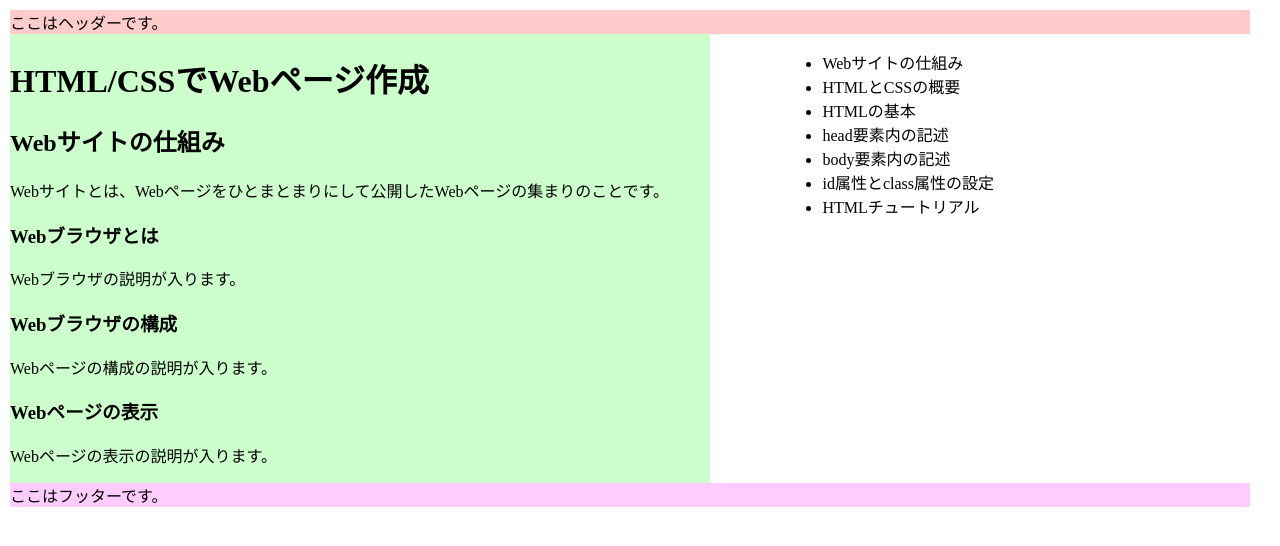
Repository: kazumasatomoto/kadai-tasklist-
Page: kadai-html.html
The author's editor kept a record of every edit. The page is drawn from the files as they stood at one moment, then again after the next edit.
The browser window is 1280 px wide. The pictures show the whole page.

Above is the page before.

After the next edit:
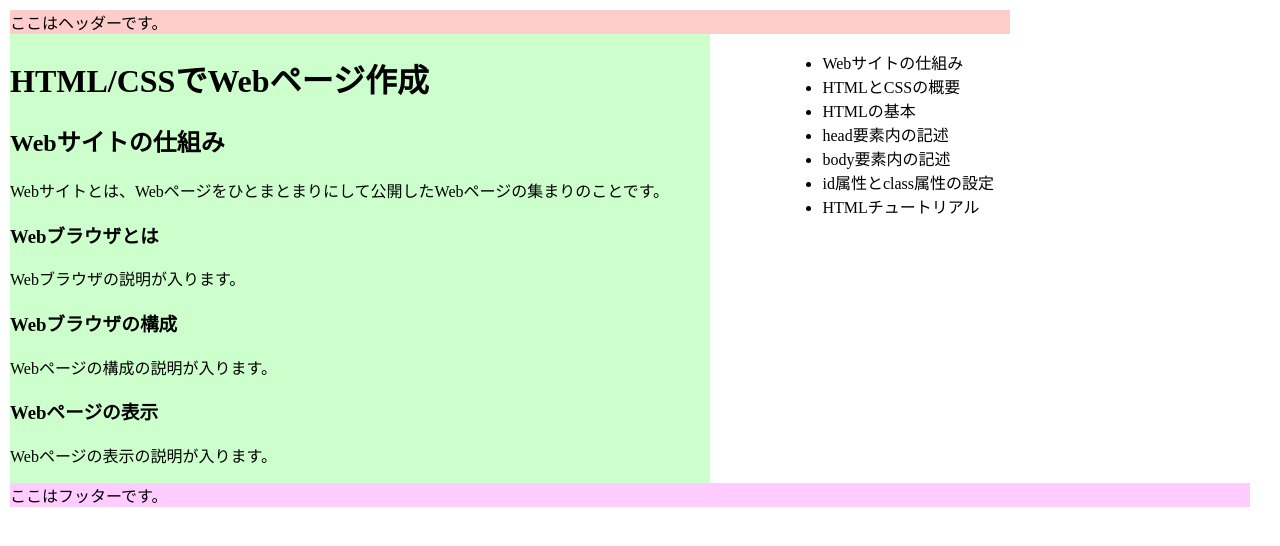
The edit:
--- a/kadai-css.css
+++ b/kadai-css.css
@@ -4,6 +4,7 @@
     padding: 0;
 }
 header {
+    width: 1000px;
     background-color: #ffcccc;
 }
 #wrapper {
